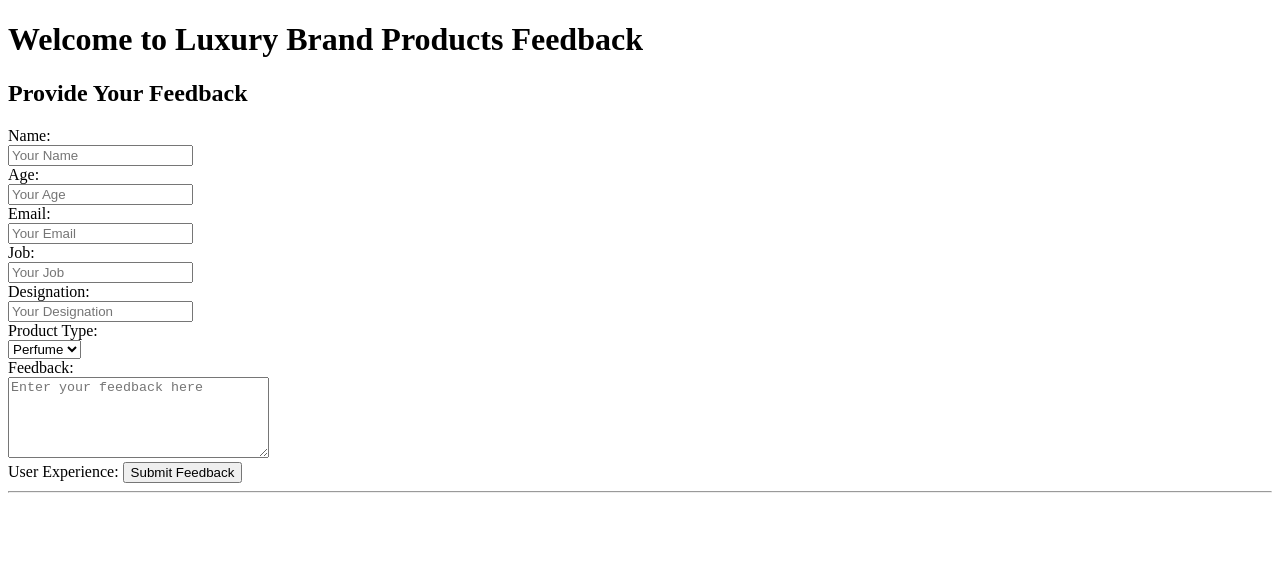
Repository: Huijiacute/JavaScriptEssential
Page: productSurvey/product_survey.html
These files come from the project's save history. The page is drawn as it stood at one moment and after the next save; the edit follows.
The browser window is 1280 px wide. The pictures show the whole page.

Above is the page before, as saved 2026-03-06 08:59:37.

After the next save:
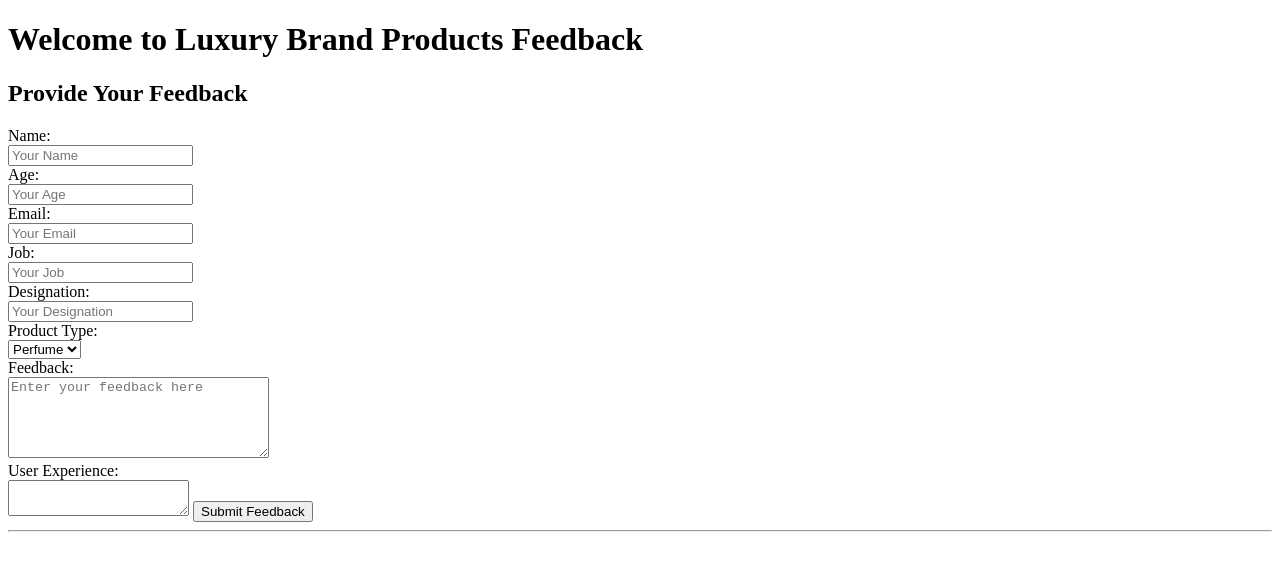
Saved 5 s later.
--- a/productSurvey/product_survey.html
+++ b/productSurvey/product_survey.html
@@ -24,7 +24,8 @@
   </select><br>
   <label for="feedbackText">Feedback:</label><br>
   <textarea id="feedbackText" rows="5" cols="30" placeholder="Enter your feedback here" required></textarea><br>
-  <label for="userExp">User Experience: </label>
+  <label for="userExp">User Experience: </label><br>
+  <textarea name="" id=""></textarea>
   <button id="submitBtn">Submit Feedback</button>
 <hr>
 
